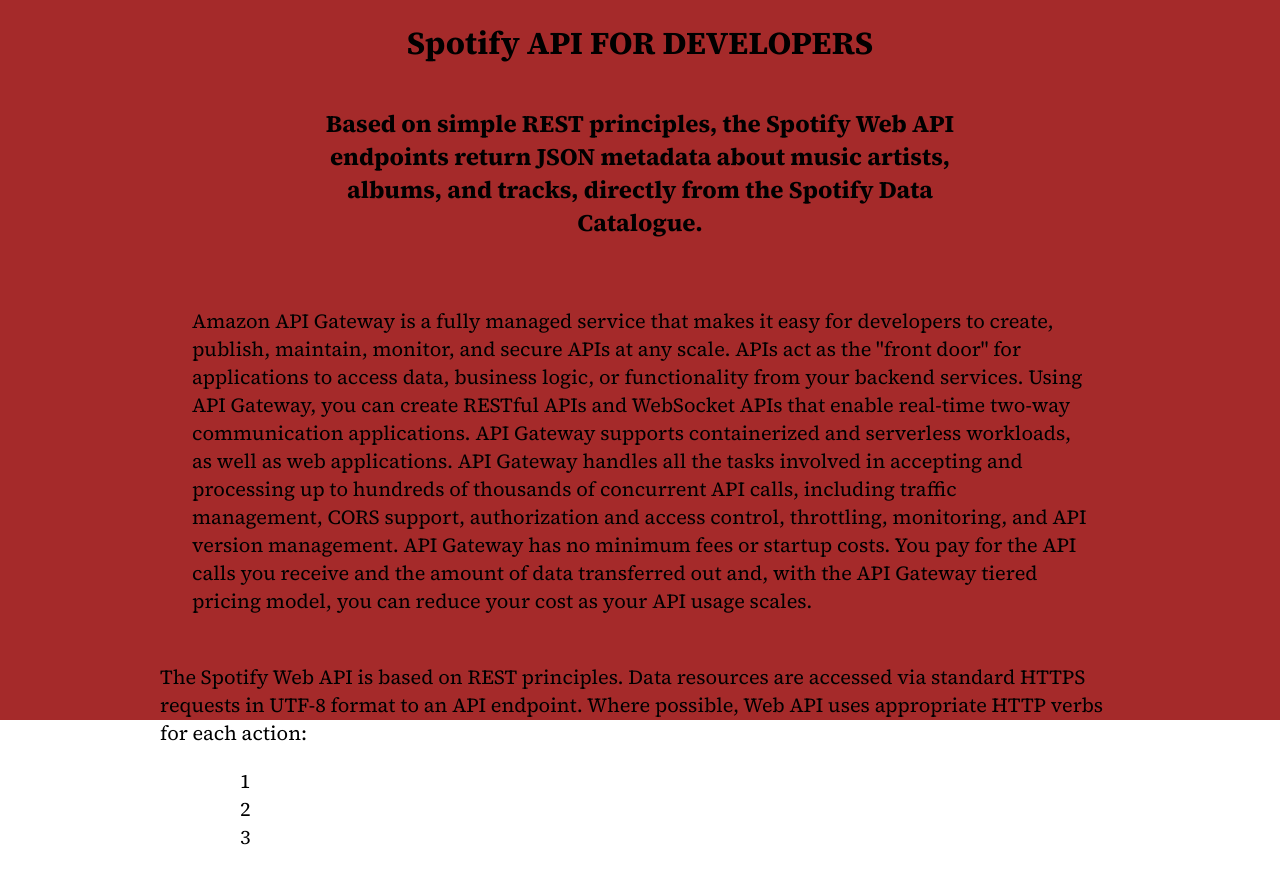
Repository: eliasihai/dizza-html-project
Page: index.html
An editor plug-in stored every save of this project. The page is shown before and after the next save, followed by the edit.
The browser window is 1280 px wide. The pictures show the whole page.

Above is the page before, as saved 2022-01-26 00:29:08.

After the next save:
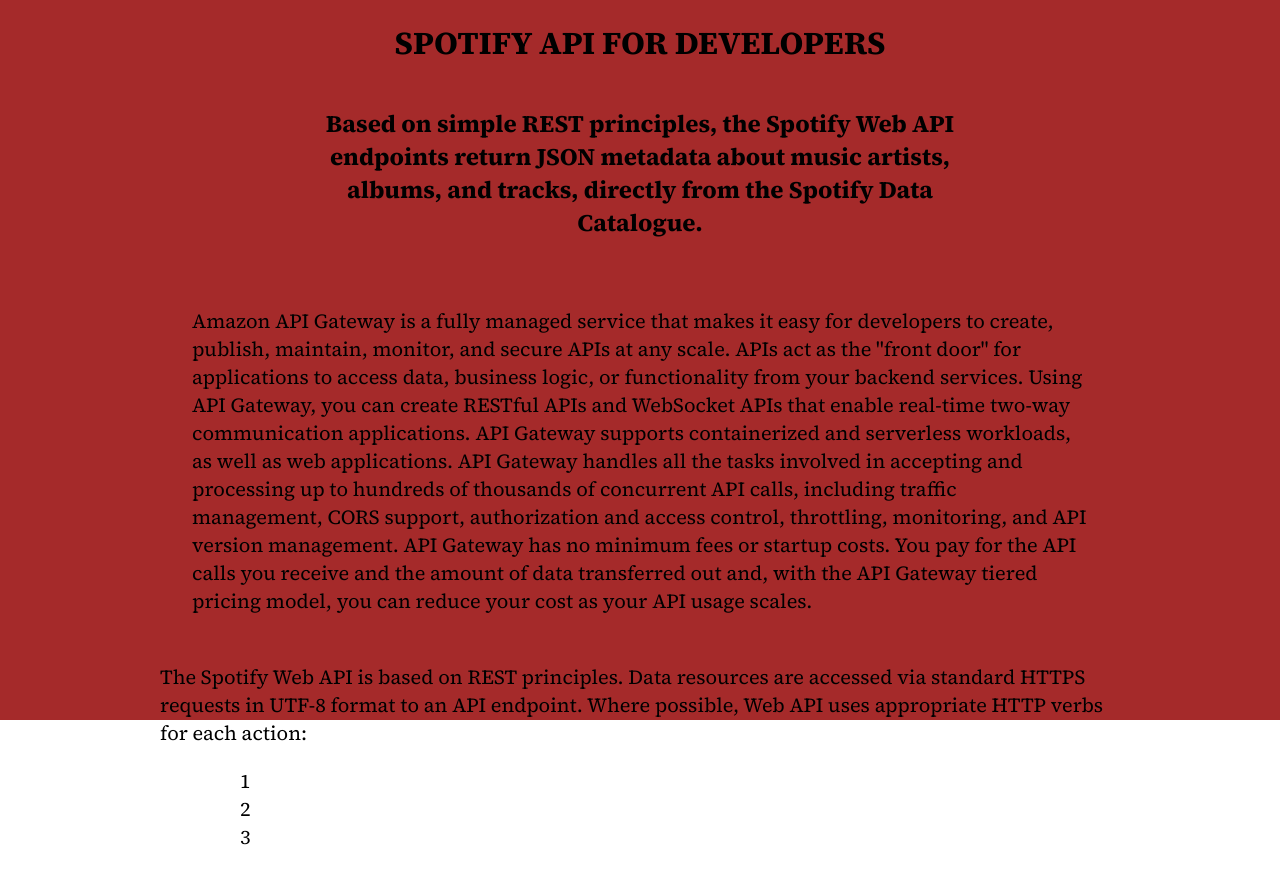
Saved 8 s later.
--- a/index.html
+++ b/index.html
@@ -24,7 +24,7 @@
           />
         </div> -->
         <div class="title_style">
-          <h1>Spotify API FOR DEVELOPERS</h1>
+          <h1>SPOTIFY API FOR DEVELOPERS</h1>
           <h2>
             Based on simple REST principles, the Spotify Web API endpoints
             return JSON metadata about music artists, albums, and tracks,
